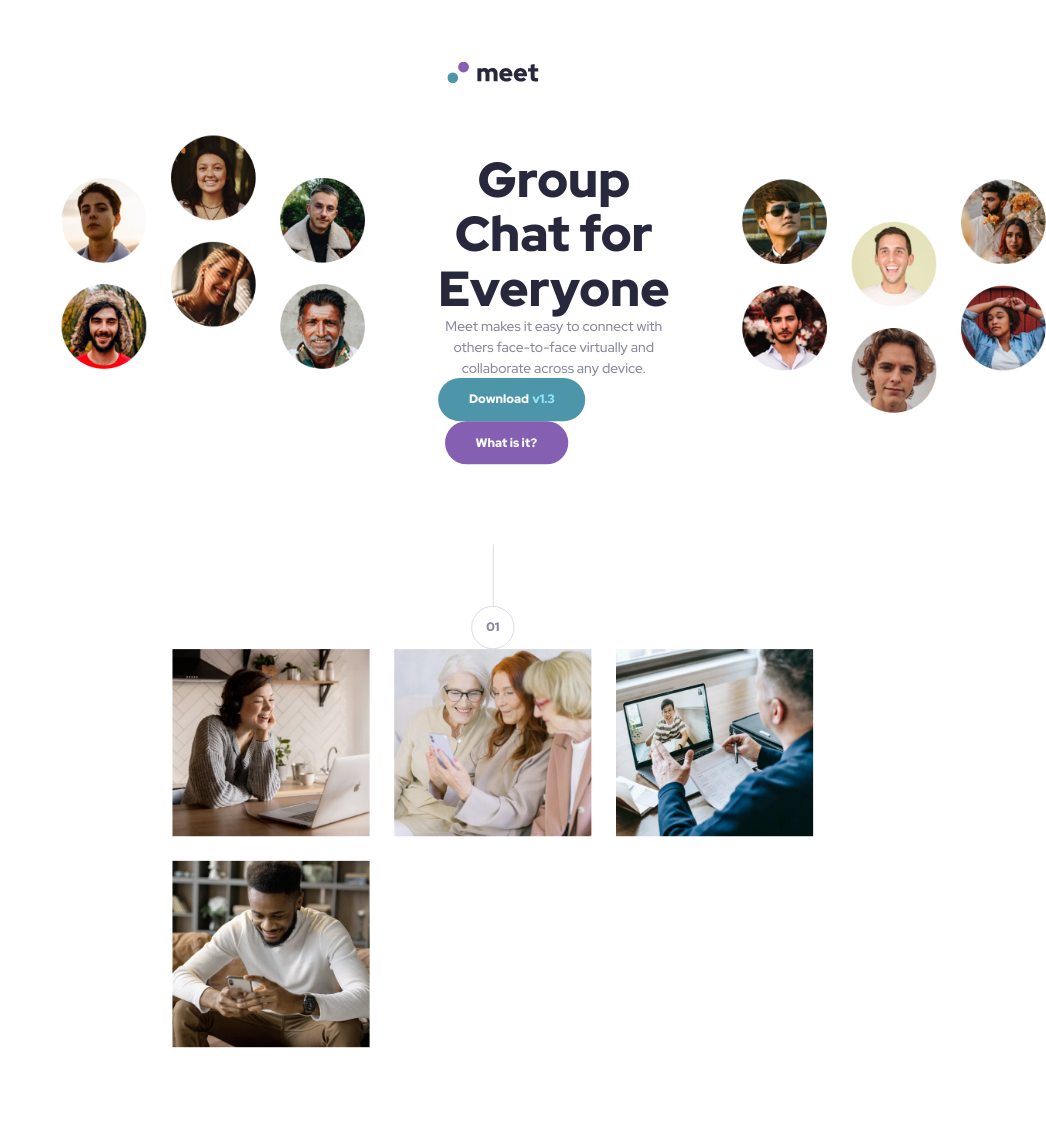
Repository: brandontaylor1/meet-landing-page
Page: index.html
The author's editor kept a copy of each file at every save. The page is drawn from the files as they stood at one save, then again after the next save.
The browser window is 1280 px wide. The page is 1358 px wide, so the pictures cover 1358 px, including what lies to the right of the window. The pictures show the whole page, at 77% of full size.

Above is the page before, as saved 2025-01-11 20:49:09.

After the next save:
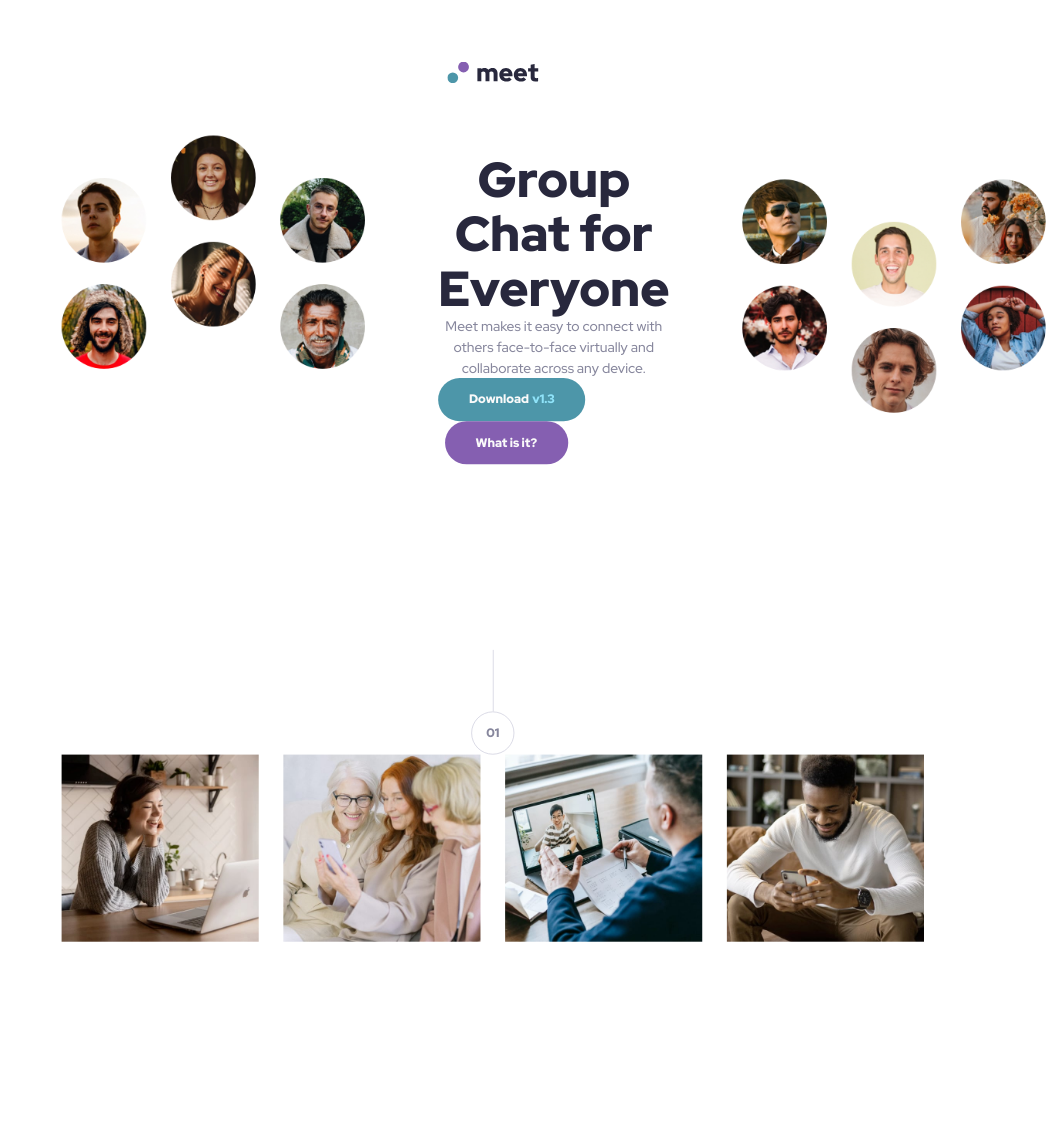
Saved 10 s later.
--- a/styles.css
+++ b/styles.css
@@ -154,7 +154,7 @@
 
 .image-container {
     display: grid;
-    grid-template-columns: repeat(3, 1fr);
+    grid-template-columns: repeat(4, 1fr);
     gap: 32px;
 
 }
